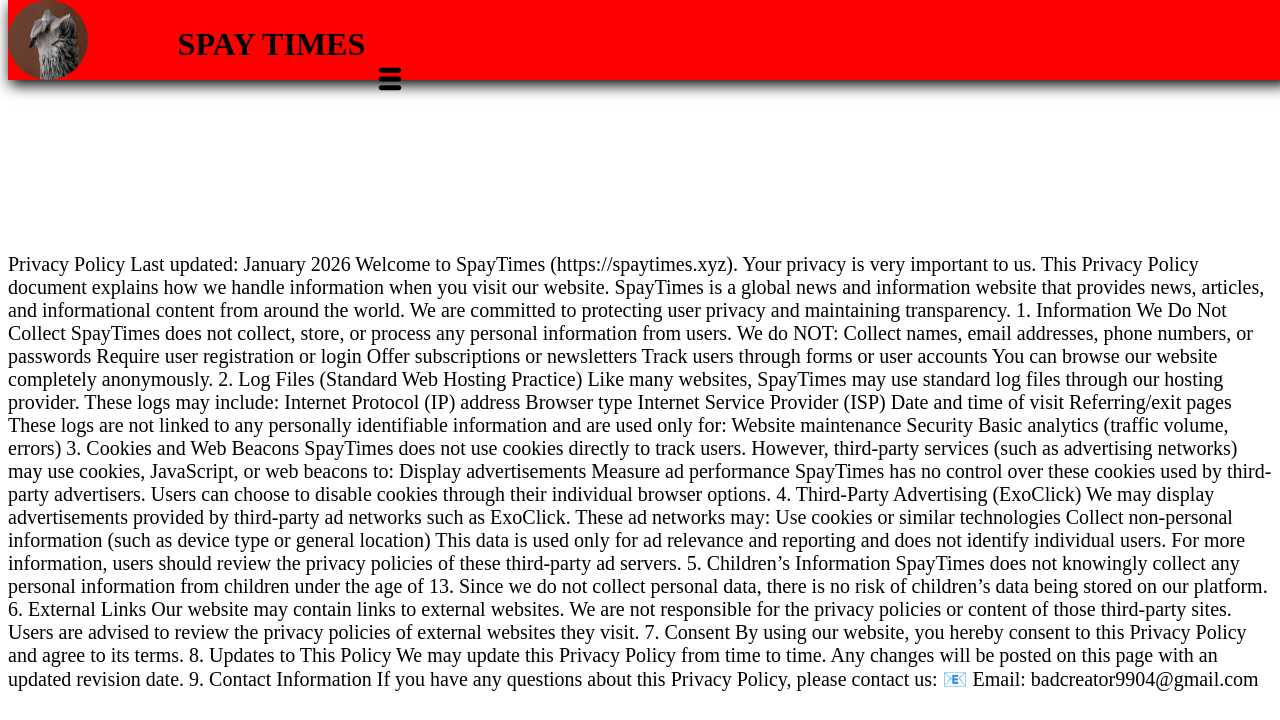
Repository: ridhukhan/spytimes
Page: /privecypolicy
These files come from the project's save history. The page is drawn as it stood at one moment and after the next save; the edit follows.
The browser window is 1280 px wide. The pictures show the whole page.
The project was rebuilt for these pictures with package versions that can differ from the ones it lists, and the page was loaded fresh each time. Also part of the build but not shown: vite.config.js, src/nav/Navbar.css, src/pages/home/Home.jsx, src/components/policy/policy/Terms.jsx.

Above is the page before, as saved 2026-01-10 19:44:38.

After the next save:
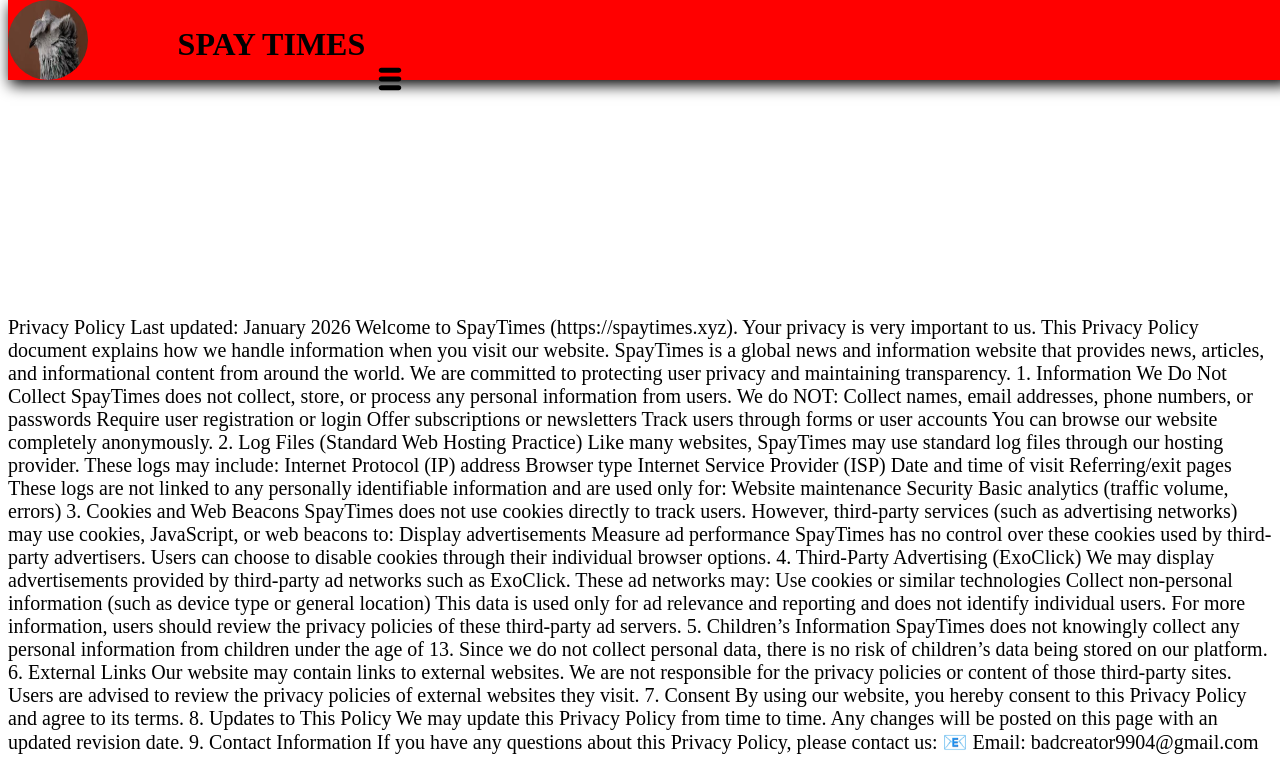
Saved 19 s later.
--- a/src/components/policy/policy/PrivecyPolicy.jsx
+++ b/src/components/policy/policy/PrivecyPolicy.jsx
@@ -2,7 +2,7 @@ import React from 'react'
 
 const PrivecyPolicy = () => {
   return (
-    <div style={{fontSize:"20px", marginTop:"20%"}}>
+    <div style={{fontSize:"20px", marginTop:"25%"}}>
 
         Privacy Policy
 
